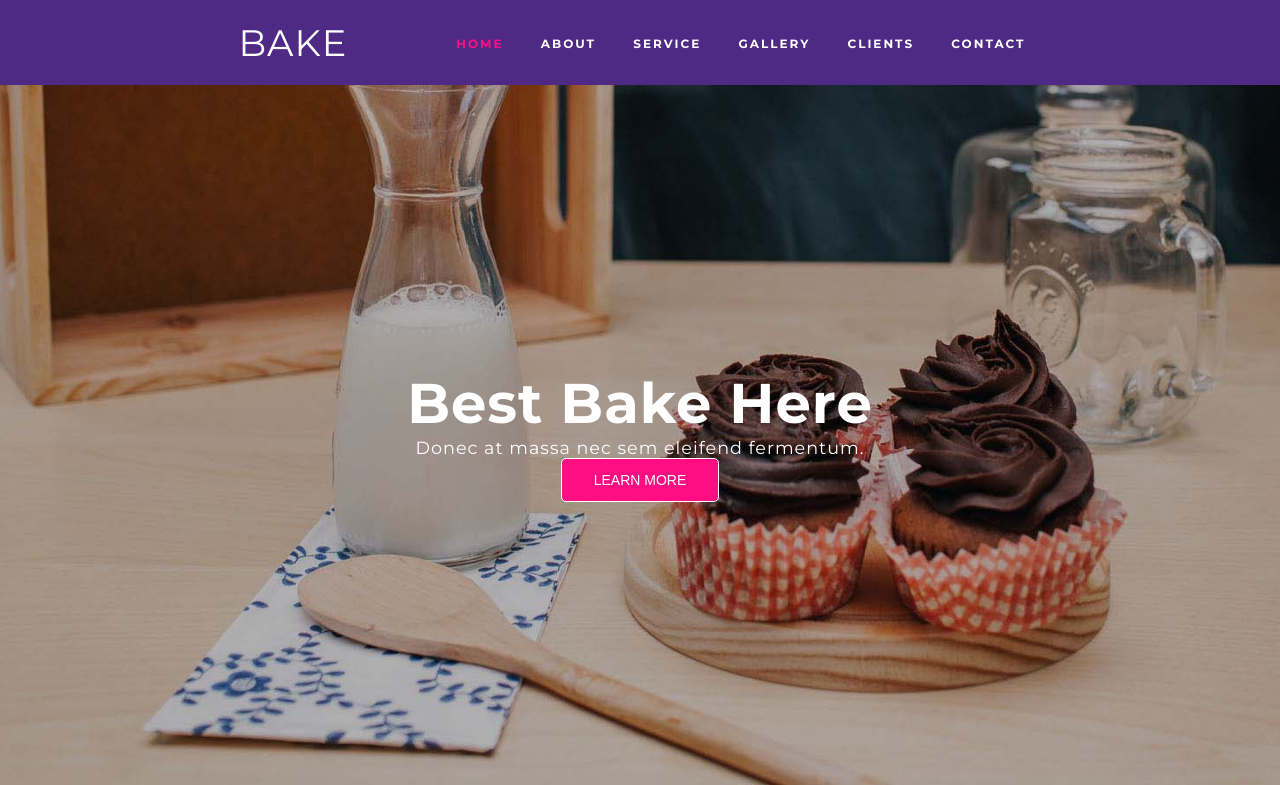
Repository: ducdatit2002/bake-cake
Page: index.html
An editor plug-in stored every save of this project. The page is shown before and after a run of saves, followed by the edit.
The browser window is 1280 px wide. The pictures show the whole page.

Above is the page before, as saved 2023-07-13 00:22:05.

### index.html
<!DOCTYPE html>
<html lang="en">
<head>
    <meta charset="UTF-8">
    <meta name="viewport" content="width=device-width, initial-scale=1.0">
    <title>BAKE</title>
    <!-- FONT ICON -->
    <link rel="stylesheet" href="https://cdnjs.cloudflare.com/ajax/libs/font-awesome/6.4.0/css/all.min.css"
        integrity="sha512-iecdLmaskl7CVkqkXNQ/ZH/XLlvWZOJyj7Yy7tcenmpD1ypASozpmT/E0iPtmFIB46ZmdtAc9eNBvH0H/ZpiBw=="
        crossorigin="anonymous" referrerpolicy="no-referrer" />
    <!-- FONT GOOGLE -->
    <link rel="preconnect" href="https://fonts.googleapis.com">
    <link rel="preconnect" href="https://fonts.gstatic.com" crossorigin>
    <link href="https://fonts.googleapis.com/css2?family=Montserrat:wght@300;400;700&display=swap" rel="stylesheet">
    <!-- MAIN CSS -->
    <link rel="stylesheet" href="./index.css">

</head>
<body>
    <!-- HEADER -->
    <header>
        <div class="header__content">
            <p>BAKE</p>
            <nav>
                <ul>
                    <li class="active"><a href="#">HOME</a></li>
                    <li><a href="#">ABOUT</a></li>
                    <li><a href="#">SERVICE</a></li>
                    <li><a href="#">GALLERY</a></li>
                    <li><a href="#">CLIENTS</a></li>
                    <li><a href="#">CONTACT</a></li>
                </ul>
            </nav>
        </div>
    </header>
    <!-- CAROUSEL -->
    <section class="carousel">
        <div class="carousel__content">
            <h1>Best Bake Here</h1>
            <p>Donec at massa nec sem eleifend fermentum.</p>
            <button>LEARN MORE</button>
        </div>
    </section>
    <!-- INTRO -->
    <section class="intro"></section>
    <!-- NUMBER -->
    <section class="number"></section>
    <!-- SERVICES -->
    <section class="services"></section>
    <!-- GALLERY -->
    <section class="gallery"></section>
    <!-- TEAM MEMBER -->
    <section class="team"></section>
    <!-- FEEDBACK -->
    <section class="feedback"></section>
    <!-- CONTACT -->
    <section class="contact"></section>
    <!-- FOOTER -->
    <footer></footer>
</body>
</html>

### index.css
/* GLOBAL */
*{
    margin: 0;
    padding: 0;
    box-sizing: border-box;
}
html{
    font-size: 16px;
    /* 1 rem = 18px */
    /* Không khai báo thì 1 rem là 16px */

}
body {
    font-family: 'Montserrat', sans-serif;
    color: #212529;
    background-color: #fff;
    letter-spacing: 1px;
}
button {
    background-color: #ff0e83;
    border: 1px solid white;
    color: white;
    padding: 13px 32px;
    font-size: 0.875rem;
    border-radius: 5px;
    cursor: pointer;
}
/* HEADER */
header {
    background-color: #4e2a84;
    padding: 20px 0;
}
.header__content {
    width: 70%;
    margin: 0 auto;
    display: flex;
    justify-content: space-around;
    align-items: center;
}
.header__content ul {
    list-style: none;
}
.header__content ul a {
    text-decoration: none;
    color: white;
    font-weight: 700;
    font-size: 0.75rem;
    letter-spacing: 2px;
    /* transition-property: all;
    transition-duration: 1s;
    transition-delay: 0s;
    transition-timing-function: linear; */
    transition: all 1s;
}
.header__content ul a:hover {
    color: #ff0e83;
}
.header__content ul li {
    display: inline;
    margin: 0 1rem;
}
.header__content p {
    color: white;
    font-size: 2.3rem;
    /* 2.3 rem ~ 37px */
}
.header__content ul .active a {
    color: #ff0e83;
}

/* CAROUSEL */
.carousel{
    background-image: url(./img/b3.jpg);
    height: 700px;
    background-size: cover;
    background-position: center;
    color: white;
    text-align: center;
    display: flex;
    justify-content: center;
    align-items: center;
}
.carousel__content h1 {
    font-size: 3.5rem;
}
.carousel__content p {
    font-size: 1.1rem;
}

After the next 2 saves:
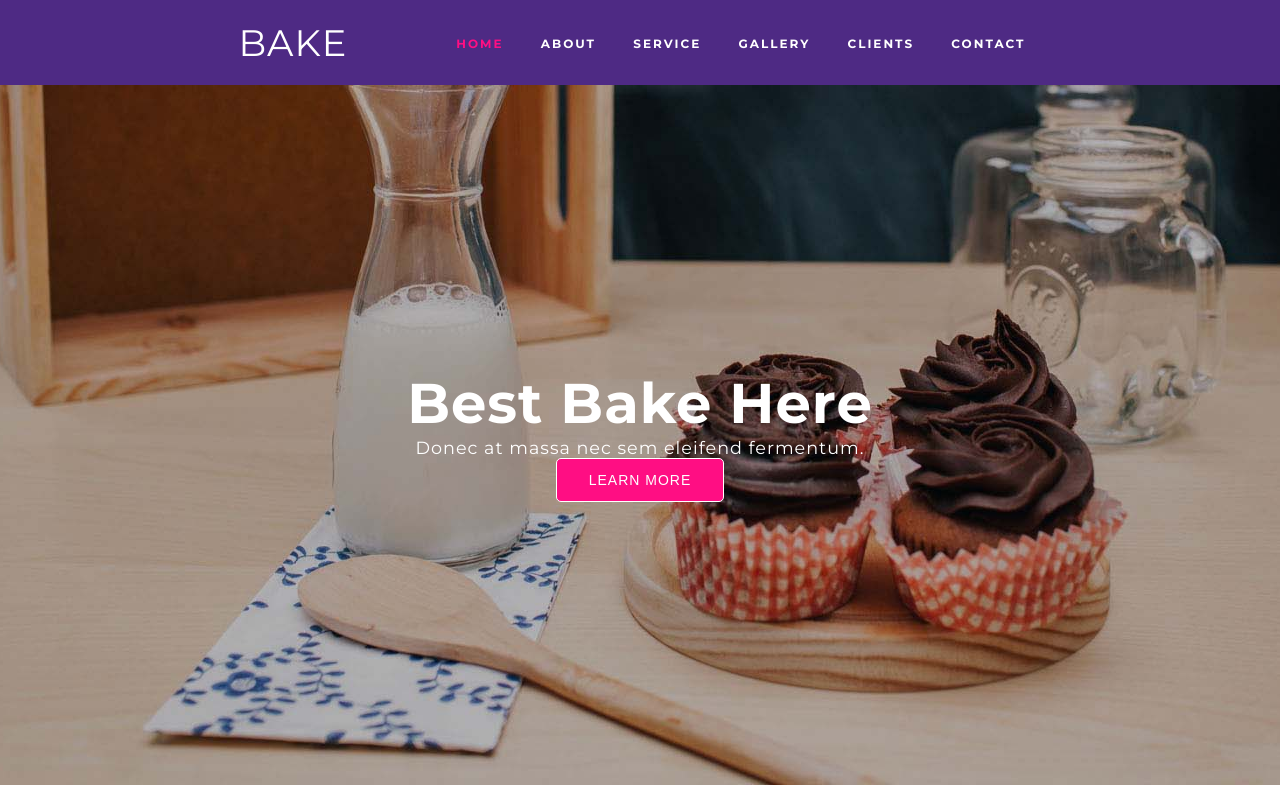
The 2 saves are shown as one change because they came seconds apart.
The last was saved 24 s later.
--- a/index.css
+++ b/index.css
@@ -24,6 +24,7 @@ button {
     font-size: 0.875rem;
     border-radius: 5px;
     cursor: pointer;
+    letter-spacing: 1px;
 }
 /* HEADER */
 header {
